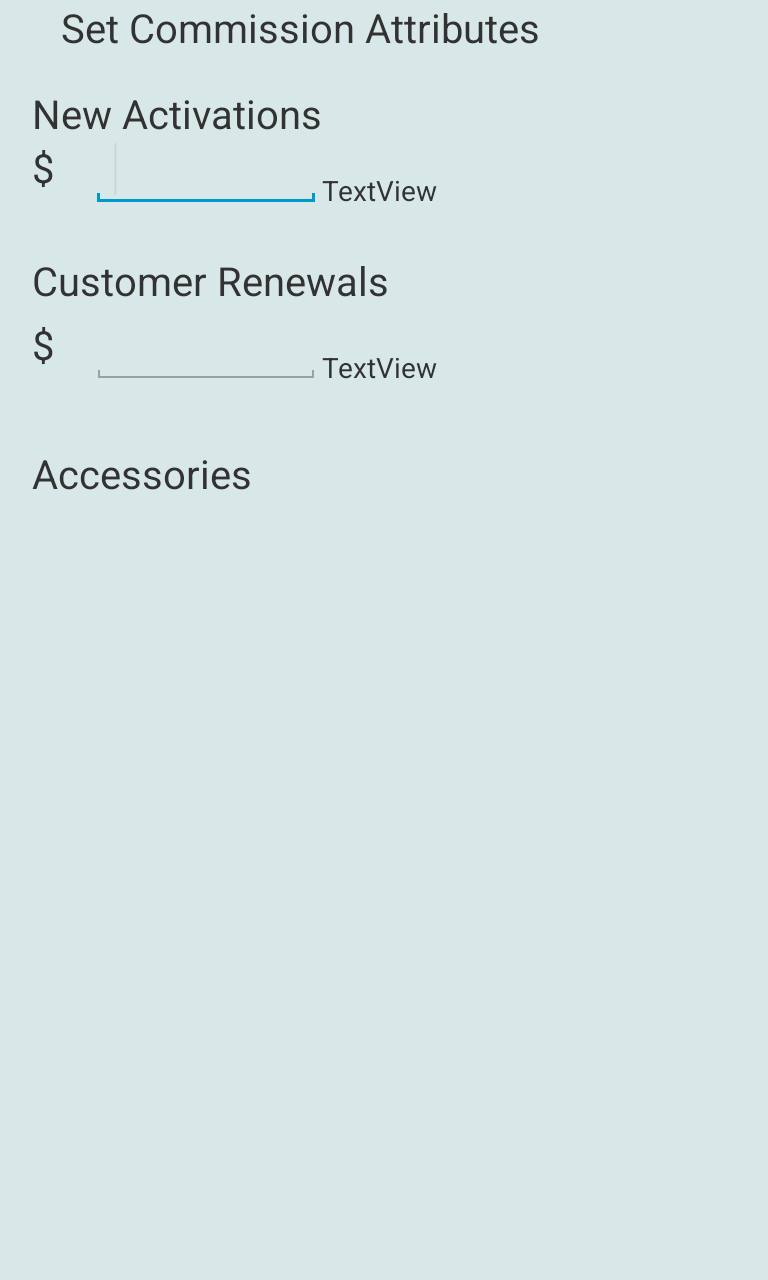
Repository: jemcphe/XCell
Layout: XCell/res/layout/frag_settings.xml
These files come from the project's save history. The layout is drawn as it stood at one moment and after the next save; the edit follows.
It is drawn on a 768 x 1280 px phone screen (xhdpi) without system bars, with theme Theme.Xcell; the app's code is not run.

Above is the layout before, as saved 2013-08-16 03:09:22.

### XCell/res/layout/frag_settings.xml
<?xml version="1.0" encoding="utf-8"?>
<RelativeLayout xmlns:android="http://schemas.android.com/apk/res/android"
    android:id="@+id/frag_settings"
    android:layout_width="match_parent"
    android:layout_height="match_parent"
    android:background="@color/background_xcell"
    android:orientation="vertical" >

    <TextView
        android:id="@+id/textView2"
        android:layout_width="300dp"
        android:layout_height="wrap_content"
        android:gravity="center"
        android:text="Set Commission Attributes"
        android:textSize="20sp" />

    <TextView
        android:id="@+id/textView1"
        android:layout_width="wrap_content"
        android:layout_height="wrap_content"
        android:layout_alignParentLeft="true"
        android:layout_below="@+id/textView2"
        android:layout_marginLeft="16dp"
        android:layout_marginTop="16dp"
        android:text="New Activations"
        android:textSize="20sp" />

    <TextView
        android:id="@+id/textView3"
        android:layout_width="wrap_content"
        android:layout_height="wrap_content"
        android:layout_alignLeft="@+id/textView1"
        android:layout_below="@+id/textView1"
        android:text="$"
        android:textSize="20sp" />

    <TextView
        android:id="@+id/textView4"
        android:layout_width="wrap_content"
        android:layout_height="wrap_content"
        android:layout_alignBottom="@+id/editText1"
        android:layout_toRightOf="@+id/editText1"
        android:text="TextView" />

    <EditText
        android:id="@+id/editText1"
        android:layout_width="wrap_content"
        android:layout_height="wrap_content"
        android:layout_alignBaseline="@+id/textView3"
        android:layout_alignBottom="@+id/textView3"
        android:layout_alignRight="@+id/textView1"
        android:layout_marginLeft="18dp"
        android:layout_toRightOf="@+id/textView3"
        android:ems="10"
        android:inputType="number" >

        <requestFocus />
    </EditText>

    <TextView
        android:id="@+id/textView5"
        android:layout_width="wrap_content"
        android:layout_height="wrap_content"
        android:layout_alignLeft="@+id/textView3"
        android:layout_below="@+id/editText1"
        android:layout_marginTop="22dp"
        android:text="Customer Renewals"
        android:textSize="20sp" />

    <EditText
        android:id="@+id/editText2"
        android:layout_width="wrap_content"
        android:layout_height="wrap_content"
        android:layout_alignLeft="@+id/editText1"
        android:layout_alignRight="@+id/editText1"
        android:layout_below="@+id/textView5"
        android:ems="10"
        android:inputType="numberDecimal" />

    <TextView
        android:id="@+id/textView6"
        android:layout_width="wrap_content"
        android:layout_height="wrap_content"
        android:layout_alignBaseline="@+id/editText2"
        android:layout_alignBottom="@+id/editText2"
        android:layout_toLeftOf="@+id/editText1"
        android:text="$"
        android:textSize="20sp" />

    <TextView
        android:id="@+id/textView7"
        android:layout_width="wrap_content"
        android:layout_height="wrap_content"
        android:layout_alignBottom="@+id/editText2"
        android:layout_alignLeft="@+id/textView4"
        android:text="TextView" />

    <TextView
        android:id="@+id/textView8"
        android:layout_width="wrap_content"
        android:layout_height="wrap_content"
        android:layout_alignLeft="@+id/textView6"
        android:layout_below="@+id/editText2"
        android:layout_marginTop="30dp"
        android:text="Accessories"
        android:textSize="20sp" />

</RelativeLayout>

### XCell/res/values/styles_xcell.xml
<?xml version="1.0" encoding="utf-8"?>

<resources>

    <style name="Theme.Xcell" parent="@android:style/Theme.Holo.Light">
        <item name="android:actionBarItemBackground">@drawable/selectable_background_xcell</item>
        <item name="android:popupMenuStyle">@style/PopupMenu.Xcell</item>
        <item name="android:dropDownListViewStyle">@style/DropDownListView.Xcell</item>
        <item name="android:actionBarTabStyle">@style/ActionBarTabStyle.Xcell</item>
        <item name="android:actionDropDownStyle">@style/DropDownNav.Xcell</item>
        <item name="android:actionBarStyle">@style/ActionBar.Solid.Xcell</item>
        <item name="android:actionModeBackground">@drawable/cab_background_top_xcell</item>
        <item name="android:actionModeSplitBackground">@drawable/cab_background_bottom_xcell</item>
        <item name="android:actionModeCloseButtonStyle">@style/ActionButton.CloseMode.Xcell</item>


    </style>

    <style name="ActionBar.Solid.Xcell" parent="@android:style/Widget.Holo.Light.ActionBar.Solid">
        <item name="android:background">@drawable/ab_background_textured_xcell</item>
        <item name="android:backgroundStacked">@drawable/ab_stacked_solid_xcell</item>
        <item name="android:backgroundSplit">@drawable/ab_background_textured_xcell</item>
        <item name="android:progressBarStyle">@style/ProgressBar.Xcell</item>
    </style>

    <style name="ActionBar.Transparent.Xcell" parent="@android:style/Widget.Holo.Light.ActionBar">
        <item name="android:background">@drawable/ab_transparent_xcell</item>
        <item name="android:progressBarStyle">@style/ProgressBar.Xcell</item>
    </style>

    <style name="PopupMenu.Xcell" parent="@android:style/Widget.Holo.Light.ListPopupWindow">
        <item name="android:popupBackground">@drawable/menu_dropdown_panel_xcell</item>
    </style>

    <style name="DropDownListView.Xcell" parent="@android:style/Widget.Holo.Light.ListView.DropDown">
        <item name="android:listSelector">@drawable/selectable_background_xcell</item>
    </style>

    <style name="ActionBarTabStyle.Xcell" parent="@android:style/Widget.Holo.Light.ActionBar.TabView">
        <item name="android:background">@drawable/tab_indicator_ab_xcell</item>
    </style>

    <style name="DropDownNav.Xcell" parent="@android:style/Widget.Holo.Light.Spinner">
        <item name="android:background">@drawable/spinner_background_ab_xcell</item>
        <item name="android:popupBackground">@drawable/menu_dropdown_panel_xcell</item>
        <item name="android:dropDownSelector">@drawable/selectable_background_xcell</item>
    </style>

    <style name="ProgressBar.Xcell" parent="@android:style/Widget.Holo.Light.ProgressBar.Horizontal">
        <item name="android:progressDrawable">@drawable/progress_horizontal_xcell</item>
    </style>

    <style name="ActionButton.CloseMode.Xcell" parent="@android:style/Widget.Holo.Light.ActionButton.CloseMode">
        <item name="android:background">@drawable/btn_cab_done_xcell</item>
    </style>

    <!-- this style is only referenced in a Light.DarkActionBar based theme -->
    <style name="Theme.Xcell.Widget" parent="@android:style/Theme.Holo">
        <item name="android:popupMenuStyle">@style/PopupMenu.Xcell</item>
        <item name="android:dropDownListViewStyle">@style/DropDownListView.Xcell</item>
    </style>

</resources>

### XCell/res/drawable/selectable_background_xcell.xml
<?xml version="1.0" encoding="utf-8"?>
<!-- File created by the Android Action Bar Style Generator

     Copyright (C) 2011 The Android Open Source Project
     Copyright (C) 2012 readyState Software Ltd

     Licensed under the Apache License, Version 2.0 (the "License");
     you may not use this file except in compliance with the License.
     You may obtain a copy of the License at

          http://www.apache.org/licenses/LICENSE-2.0

     Unless required by applicable law or agreed to in writing, software
     distributed under the License is distributed on an "AS IS" BASIS,
     WITHOUT WARRANTIES OR CONDITIONS OF ANY KIND, either express or implied.
     See the License for the specific language governing permissions and
     limitations under the License.
-->

<selector xmlns:android="http://schemas.android.com/apk/res/android"
        android:exitFadeDuration="@android:integer/config_mediumAnimTime" >
    <item android:state_pressed="false" android:state_focused="true" android:drawable="@drawable/list_focused_xcell" />
    <item android:state_pressed="true" android:drawable="@drawable/pressed_background_xcell" />
    <item android:drawable="@android:color/transparent" />
</selector>

### XCell/res/drawable/btn_cab_done_xcell.xml
<?xml version="1.0" encoding="utf-8"?>
<!-- File created by the Android Action Bar Style Generator

     Copyright (C) 2011 The Android Open Source Project
     Copyright (C) 2012 readyState Software Ltd

     Licensed under the Apache License, Version 2.0 (the "License");
     you may not use this file except in compliance with the License.
     You may obtain a copy of the License at

          http://www.apache.org/licenses/LICENSE-2.0

     Unless required by applicable law or agreed to in writing, software
     distributed under the License is distributed on an "AS IS" BASIS,
     WITHOUT WARRANTIES OR CONDITIONS OF ANY KIND, either express or implied.
     See the License for the specific language governing permissions and
     limitations under the License.
-->

<selector xmlns:android="http://schemas.android.com/apk/res/android">
    <item android:state_pressed="true"
        android:drawable="@drawable/btn_cab_done_pressed_xcell" />
    <item android:state_focused="true" android:state_enabled="true"
        android:drawable="@drawable/btn_cab_done_focused_xcell" />
    <item android:state_enabled="true"
        android:drawable="@drawable/btn_cab_done_default_xcell" />
</selector>

### XCell/res/drawable/ab_background_textured_xcell.xml
<?xml version="1.0" encoding="utf-8"?>
<!-- File created by the Android Action Bar Style Generator

     Copyright (C) 2012 readyState Software Ltd

     Licensed under the Apache License, Version 2.0 (the "License");
     you may not use this file except in compliance with the License.
     You may obtain a copy of the License at

          http://www.apache.org/licenses/LICENSE-2.0

     Unless required by applicable law or agreed to in writing, software
     distributed under the License is distributed on an "AS IS" BASIS,
     WITHOUT WARRANTIES OR CONDITIONS OF ANY KIND, either express or implied.
     See the License for the specific language governing permissions and
     limitations under the License.
-->

<bitmap xmlns:android="http://schemas.android.com/apk/res/android"
    android:src="@drawable/ab_texture_tile_xcell"
    android:tileMode="repeat" />

### XCell/res/drawable/progress_horizontal_xcell.xml
<?xml version="1.0" encoding="utf-8"?>
<!-- File created by the Android Action Bar Style Generator

     Copyright (C) 2011 The Android Open Source Project
     Copyright (C) 2012 readyState Software Ltd

     Licensed under the Apache License, Version 2.0 (the "License");
     you may not use this file except in compliance with the License.
     You may obtain a copy of the License at

          http://www.apache.org/licenses/LICENSE-2.0

     Unless required by applicable law or agreed to in writing, software
     distributed under the License is distributed on an "AS IS" BASIS,
     WITHOUT WARRANTIES OR CONDITIONS OF ANY KIND, either express or implied.
     See the License for the specific language governing permissions and
     limitations under the License.
-->

<layer-list xmlns:android="http://schemas.android.com/apk/res/android">

    <item android:id="@android:id/background"
          android:drawable="@drawable/progress_bg_xcell" />

    <item android:id="@android:id/secondaryProgress">
        <scale android:scaleWidth="100%"
               android:drawable="@drawable/progress_secondary_xcell" />
    </item>

    <item android:id="@android:id/progress">
        <scale android:scaleWidth="100%"
               android:drawable="@drawable/progress_primary_xcell" />
    </item>

</layer-list>

### XCell/res/drawable/spinner_background_ab_xcell.xml
<?xml version="1.0" encoding="utf-8"?>
<!-- File created by the Android Action Bar Style Generator

     Copyright (C) 2011 The Android Open Source Project
     Copyright (C) 2012 readyState Software Ltd

     Licensed under the Apache License, Version 2.0 (the "License");
     you may not use this file except in compliance with the License.
     You may obtain a copy of the License at

          http://www.apache.org/licenses/LICENSE-2.0

     Unless required by applicable law or agreed to in writing, software
     distributed under the License is distributed on an "AS IS" BASIS,
     WITHOUT WARRANTIES OR CONDITIONS OF ANY KIND, either express or implied.
     See the License for the specific language governing permissions and
     limitations under the License.
-->

<selector xmlns:android="http://schemas.android.com/apk/res/android">
    <item android:state_enabled="false"
        android:drawable="@drawable/spinner_ab_disabled_xcell" />
    <item android:state_pressed="true"
        android:drawable="@drawable/spinner_ab_pressed_xcell" />
    <item android:state_pressed="false" android:state_focused="true"
        android:drawable="@drawable/spinner_ab_focused_xcell" />
    <item android:drawable="@drawable/spinner_ab_default_xcell" />
</selector>

### XCell/res/drawable/tab_indicator_ab_xcell.xml
<?xml version="1.0" encoding="utf-8"?>
<!-- File created by the Android Action Bar Style Generator

     Copyright (C) 2011 The Android Open Source Project
     Copyright (C) 2012 readyState Software Ltd

     Licensed under the Apache License, Version 2.0 (the "License");
     you may not use this file except in compliance with the License.
     You may obtain a copy of the License at

          http://www.apache.org/licenses/LICENSE-2.0

     Unless required by applicable law or agreed to in writing, software
     distributed under the License is distributed on an "AS IS" BASIS,
     WITHOUT WARRANTIES OR CONDITIONS OF ANY KIND, either express or implied.
     See the License for the specific language governing permissions and
     limitations under the License.
-->

<selector xmlns:android="http://schemas.android.com/apk/res/android">
    <!-- Non focused states -->
    <item android:state_focused="false" android:state_selected="false" android:state_pressed="false" android:drawable="@android:color/transparent" />
    <item android:state_focused="false" android:state_selected="true"  android:state_pressed="false" android:drawable="@drawable/tab_selected_xcell" />

    <!-- Focused states -->
    <item android:state_focused="true" android:state_selected="false" android:state_pressed="false" android:drawable="@drawable/tab_unselected_focused_xcell" />
    <item android:state_focused="true" android:state_selected="true"  android:state_pressed="false" android:drawable="@drawable/tab_selected_focused_xcell" />

    <!-- Pressed -->
    <!--    Non focused states -->
    <item android:state_focused="false" android:state_selected="false" android:state_pressed="true" android:drawable="@drawable/tab_unselected_pressed_xcell" />
    <item android:state_focused="false" android:state_selected="true"  android:state_pressed="true" android:drawable="@drawable/tab_selected_pressed_xcell" />

    <!--    Focused states -->
    <item android:state_focused="true" android:state_selected="false" android:state_pressed="true" android:drawable="@drawable/tab_unselected_pressed_xcell" />
    <item android:state_focused="true" android:state_selected="true"  android:state_pressed="true" android:drawable="@drawable/tab_selected_pressed_xcell" />
</selector>

### XCell/res/drawable/pressed_background_xcell.xml
<?xml version="1.0" encoding="utf-8"?>
<!-- File created by the Android Action Bar Style Generator

     Copyright (C) 2011 The Android Open Source Project
     Copyright (C) 2012 readyState Software Ltd

     Licensed under the Apache License, Version 2.0 (the "License");
     you may not use this file except in compliance with the License.
     You may obtain a copy of the License at

          http://www.apache.org/licenses/LICENSE-2.0

     Unless required by applicable law or agreed to in writing, software
     distributed under the License is distributed on an "AS IS" BASIS,
     WITHOUT WARRANTIES OR CONDITIONS OF ANY KIND, either express or implied.
     See the License for the specific language governing permissions and
     limitations under the License.
-->

<shape xmlns:android="http://schemas.android.com/apk/res/android" android:shape="rectangle">
    <solid android:color="@color/pressed_xcell" />
</shape>

### XCell/res/values/colors_xcell.xml
<?xml version="1.0" encoding="utf-8"?>
<!-- File created by the Android Action Bar Style Generator

     Copyright (C) 2011 The Android Open Source Project
     Copyright (C) 2012 readyState Software Ltd

     Licensed under the Apache License, Version 2.0 (the "License");
     you may not use this file except in compliance with the License.
     You may obtain a copy of the License at

          http://www.apache.org/licenses/LICENSE-2.0

     Unless required by applicable law or agreed to in writing, software
     distributed under the License is distributed on an "AS IS" BASIS,
     WITHOUT WARRANTIES OR CONDITIONS OF ANY KIND, either express or implied.
     See the License for the specific language governing permissions and
     limitations under the License.
-->

<resources>
    <color name="pressed_xcell">#CC33B5E5</color>
    <color name="background_xcell">#d8e8e8</color>
    <color name="xcell_blue">#12679b</color>
</resources>

After the next save:
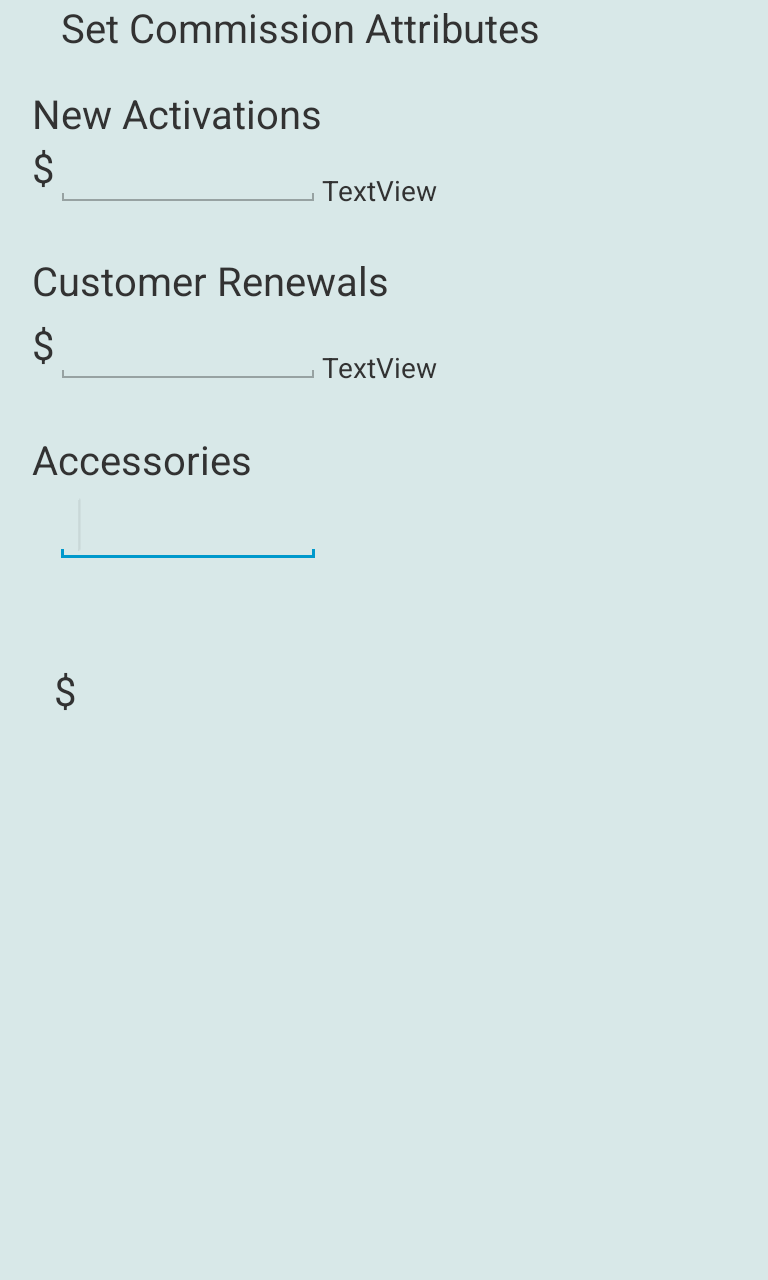
Saved 76 s later.
--- a/XCell/res/layout/frag_settings.xml
+++ b/XCell/res/layout/frag_settings.xml
@@ -42,21 +42,6 @@
         android:layout_toRightOf="@+id/editText1"
         android:text="TextView" />
 
-    <EditText
-        android:id="@+id/editText1"
-        android:layout_width="wrap_content"
-        android:layout_height="wrap_content"
-        android:layout_alignBaseline="@+id/textView3"
-        android:layout_alignBottom="@+id/textView3"
-        android:layout_alignRight="@+id/textView1"
-        android:layout_marginLeft="18dp"
-        android:layout_toRightOf="@+id/textView3"
-        android:ems="10"
-        android:inputType="number" >
-
-        <requestFocus />
-    </EditText>
-
     <TextView
         android:id="@+id/textView5"
         android:layout_width="wrap_content"
@@ -95,14 +80,48 @@
         android:layout_alignLeft="@+id/textView4"
         android:text="TextView" />
 
+    <EditText
+        android:id="@+id/editText1"
+        android:layout_width="wrap_content"
+        android:layout_height="wrap_content"
+        android:layout_alignBaseline="@+id/textView3"
+        android:layout_alignBottom="@+id/textView3"
+        android:layout_alignRight="@+id/textView1"
+        android:layout_toRightOf="@+id/textView3"
+        android:ems="10"
+        android:inputType="number" />
+
     <TextView
         android:id="@+id/textView8"
         android:layout_width="wrap_content"
         android:layout_height="wrap_content"
         android:layout_alignLeft="@+id/textView6"
         android:layout_below="@+id/editText2"
-        android:layout_marginTop="30dp"
+        android:layout_marginTop="23dp"
         android:text="Accessories"
         android:textSize="20sp" />
 
+    <EditText
+        android:id="@+id/editText3"
+        android:layout_width="wrap_content"
+        android:layout_height="wrap_content"
+        android:layout_alignLeft="@+id/editText2"
+        android:layout_alignRight="@+id/editText2"
+        android:layout_below="@+id/textView8"
+        android:ems="10"
+        android:inputType="number" >
+
+        <requestFocus />
+    </EditText>
+
+    <TextView
+        android:id="@+id/textView9"
+        android:layout_width="wrap_content"
+        android:layout_height="wrap_content"
+        android:layout_alignLeft="@+id/editText3"
+        android:layout_below="@+id/editText3"
+        android:layout_marginTop="49dp"
+        android:text="$"
+        android:textSize="20sp"/>
+
 </RelativeLayout>
